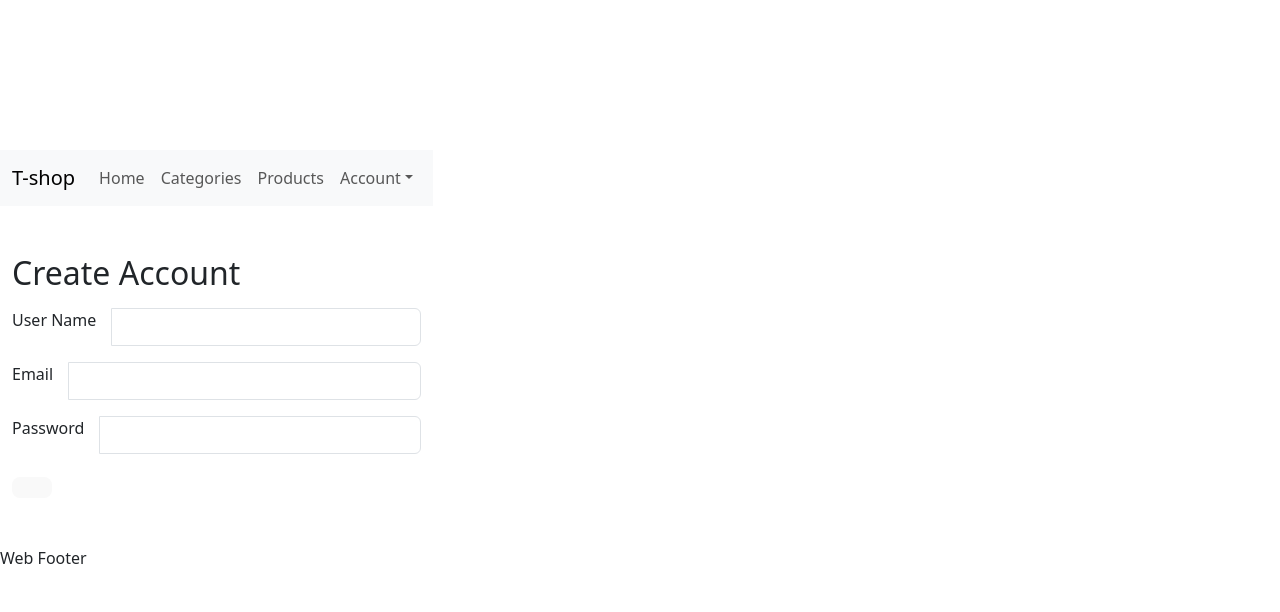
Repository: HadelAbdellatif/ecommerce1
Page: /register
The author's editor kept a copy of each file at every save. The page is drawn from the files as they stood at one save, then again after the next save.
The browser window is 1280 px wide. The pictures show the whole page.
The project was rebuilt for these pictures with package versions that can differ from the ones it lists, and the page was loaded fresh each time. Also part of the build but not shown: vite.config.js, src/components/web/home/Home.jsx, src/components/web/categories/Categories.jsx, src/components/dashboard/navbar/Navbar.jsx, src/components/dashboard/footer/Footer.jsx, src/layouts/DashboardLayout.jsx, src/components/dashboard/home/Home.jsx, src/components/dashboard/categories/Categories.jsx.

Above is the page before, as saved 2023-11-25 15:02:06.

After the next save:
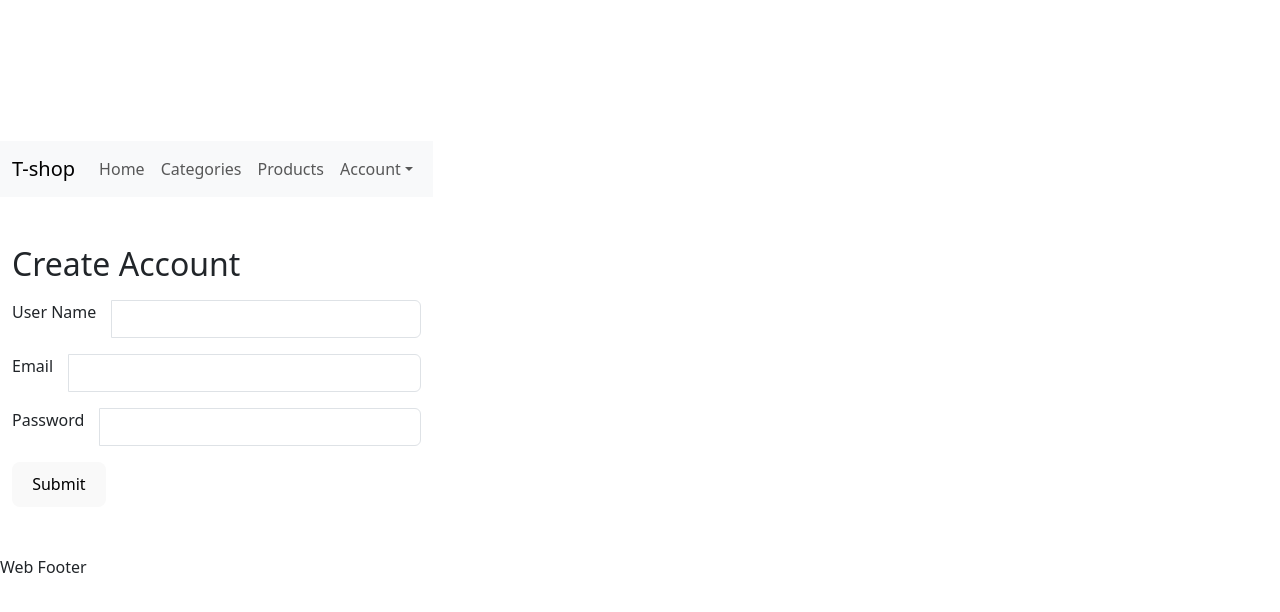
Saved 4 s later.
--- a/src/components/web/register/Register.jsx
+++ b/src/components/web/register/Register.jsx
@@ -88,7 +88,7 @@ export default function Register() {
                 <form className='mb-5' onSubmit={formik.handleSubmit}>
                     {renderInputs}
 
-                    <button></button>
+                    <button>Submit</button>
                 </form>
             </div>
         </>
